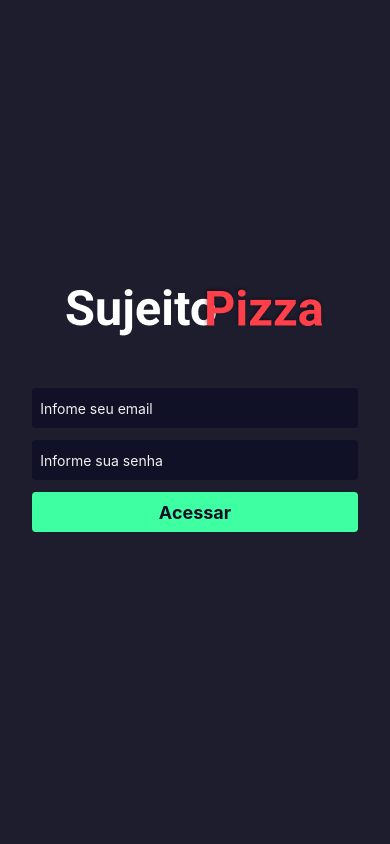
Repository: daviresende03/SujeitoPizzaria
Screen: / (app in mobile/)
An editor plug-in stored every save of this project. The screen is shown before and after the next save, followed by the edit.
The app was drawn by React Native's web renderer in a window 390 px wide. The project was rebuilt for these pictures with package versions that can differ from the ones it lists, and the page was loaded fresh each time. Also part of the build but not shown: mobile/src/pages/dashboard/index.tsx, mobile/src/routes/app.routes.tsx.

Above is the screen before, as saved 2023-04-27 20:03:29.

After the next save:
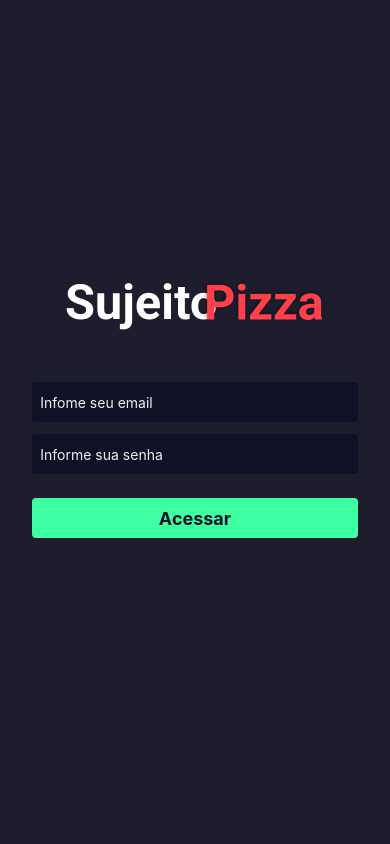
Saved 39 s later.
--- a/mobile/src/pages/SignIn/Index.tsx
+++ b/mobile/src/pages/SignIn/Index.tsx
@@ -59,7 +59,8 @@
         backgroundColor: '#3FFFA3',
         borderRadius: 4,
         justifyContent: 'center',
-        alignItems: 'center'
+        alignItems: 'center',
+        marginTop: 12
     },
     buttonText: {
         fontSize: 18,
